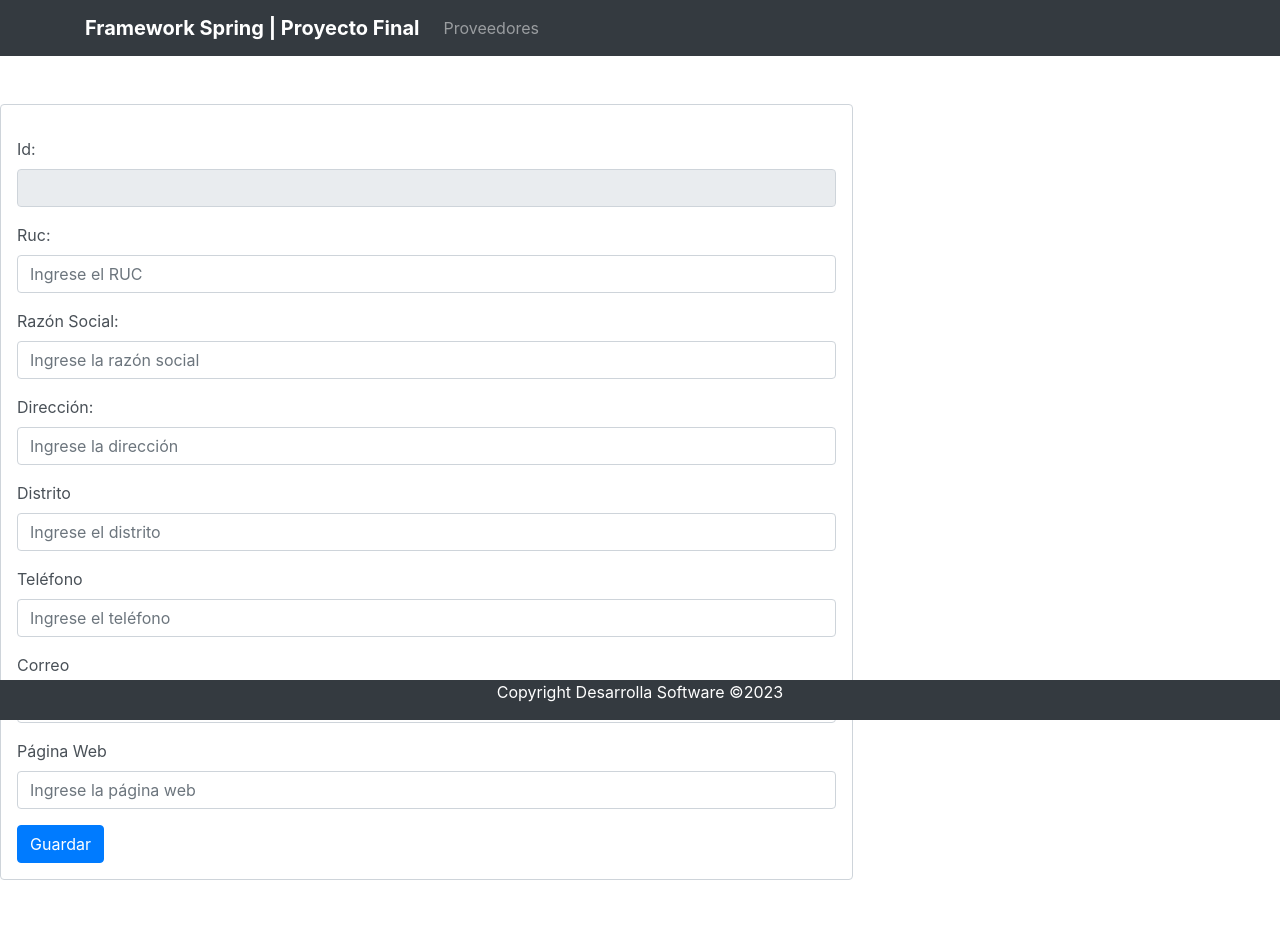
Repository: jeanyantas/proyecto-final-spring
Page: http://localhost/frmEditar
An editor plug-in stored every save of this project. The page is shown before and after the next save, followed by the edit.
The browser window is 1280 px wide. The pictures show the whole page.
The page is this project's Thymeleaf template; nobody is signed in. The template is opened directly, without the code that normally fills it, so the values that code supplies are empty.

Above is the page before, as saved 2023-01-15 21:52:44.

### moduloProveedor/src/main/resources/templates/frmEditar.html
<!DOCTYPE html>
<html xmlns:th="http://www.thymeleaf.org">
	<head th:replace="plantilla/plantilla :: head"></head>
	<body>
		<header th:replace="plantilla/plantilla :: header"></header>

		<div class="">
			<form class="form-control p-3 my-5 col-md-8" th:action="@{/grabar}" th:object="${proveedor}" method="post">
				<div class="text-center h1" th:text="${titulo}"></div>
				<div class="my-3">
					<label for="id">Id:</label>
					<input type="text" readonly th:field="*{id}" class="form-control" id="id">
				</div>
				<div class="mb-3">
					<label for="ruc">Ruc:</label>
					<input type="text" th:field="*{ruc}" class="form-control" id="ruc" placeholder="Ingrese el RUC">
				</div>
				<div class="mb-3">
					<label for="razonSocial">Raz&oacute;n Social:</label>
					<input type="text" th:field="*{razonsocial}" class="form-control" id="razonSocial" placeholder="Ingrese la raz&oacute;n social">
				</div>
				<div class="mb-3">
					<label for="direccion">Direcci&oacute;n:</label>
					<input type="text" th:field="*{direccion}" class="form-control" id="direccion" placeholder="Ingrese la direcci&oacute;n">
				</div>
				<div class="mb-3">
					<label for="distrito">Distrito</label>
					<input type="text" th:field="*{distrito}" class="form-control" id="distrito" placeholder="Ingrese el distrito">
				</div>
				<div class="mb-3">
					<label for="telefono">Tel&eacute;fono</label>
					<input type="text" th:field="*{telefono}" class="form-control" id="telefono" placeholder="Ingrese el tel&eacute;fono">
				</div>
				<div class="mb-3">
					<label for="correo">Correo</label>
					<input type="text" th:field="*{correo}" class="form-control" id="correo" placeholder="Ingrese el correo">
				</div>
				<div class="mb-3">
					<label for="paginaWeb">P&aacute;gina Web</label>
					<input type="text" th:field="*{paginaweb}" class="form-control" id="paginaWeb" placeholder="Ingrese la p&aacute;gina web">
				</div>

				<input type="submit" class="btn btn-primary" value="Guardar">
			</form>
		</div>
		<footer th:replace="plantilla/plantilla :: footer"></footer>
	</body>
</html>

### moduloProveedor/src/main/resources/templates/plantilla/plantilla.html
<!DOCTYPE html>
<html xmlns:th="http://www.thymeleaf.org">
	<head th:fragment="head">
		<meta charset="UTF-8">
		<!-- Bootstrap CSS -->
		<link rel="stylesheet" th:href="@{/css/bootstrap.min.css}">
		<title>Modulo Proveedores</title>
	</head>
	<body>
		<!-- Barra de navegación -->
		<header th:fragment="header">
			<nav class="navbar navbar-expand-lg navbar-dark bg-dark">
				<div class="container">
					<a class="navbar-brand" href="#"> <strong>Framework Spring | Proyecto Final</strong></a>
					<button class="navbar-toggler" type="button" data-toggle="collapse" data-target="#navbarSupportedContent" aria-controls="navbarSupportedContent" aria-expanded="false" aria-label="Toggle navigation">
						<span class="navbar-toggler-icon"></span>
					</button>

					<!-- ENLACES DEL MENU -->
					<div class="collapse navbar-collapse" id="navbarSupportedContent">
						<ul class="navbar-nav mr-auto">
							<li class="nav-item"><a class="nav-link" th:href="@{/listado}">Proveedores</a></li>
						</ul>
					</div>
				</div>
			</nav>
		</header>

		<!-- Contenido -->
		<div class="container"></div>

		<!-- Pie de pagina -->
		<footer th:fragment="footer" class="bg-dark text-center text-white fixed-bottom">
			<div class="container">
				<p>Copyright Desarrolla Software &copy;2023</p>
			</div>
		</footer>

		<script type="text/javascript" th:src="@{/js/jquery-3.5.1.slim.min.js}"></script>
		<script type="text/javascript" th:src="@{/js/popper.min.js}"></script>
		<script type="text/javascript" th:src="@{/js/bootstrap.min.js}"></script>
	</body>
</html>

Loaded but not shown: moduloProveedor/src/main/resources/static/css/bootstrap.min.css (library)

After the next save:
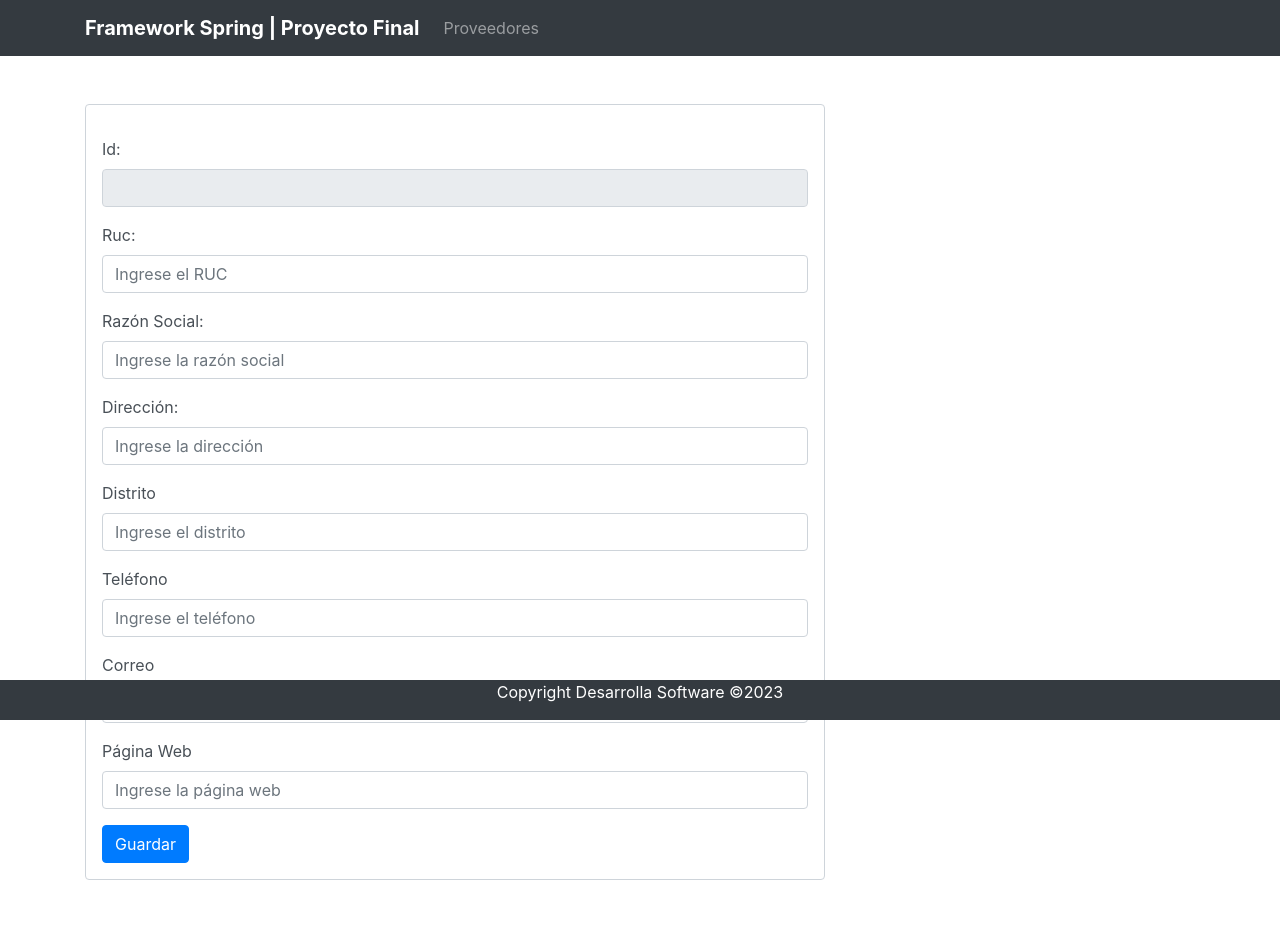
Saved 72 s later.
--- a/moduloProveedor/src/main/resources/templates/frmEditar.html
+++ b/moduloProveedor/src/main/resources/templates/frmEditar.html
@@ -4,7 +4,7 @@
 	<body>
 		<header th:replace="plantilla/plantilla :: header"></header>
 
-		<div class="">
+		<div class="container">
 			<form class="form-control p-3 my-5 col-md-8" th:action="@{/grabar}" th:object="${proveedor}" method="post">
 				<div class="text-center h1" th:text="${titulo}"></div>
 				<div class="my-3">
